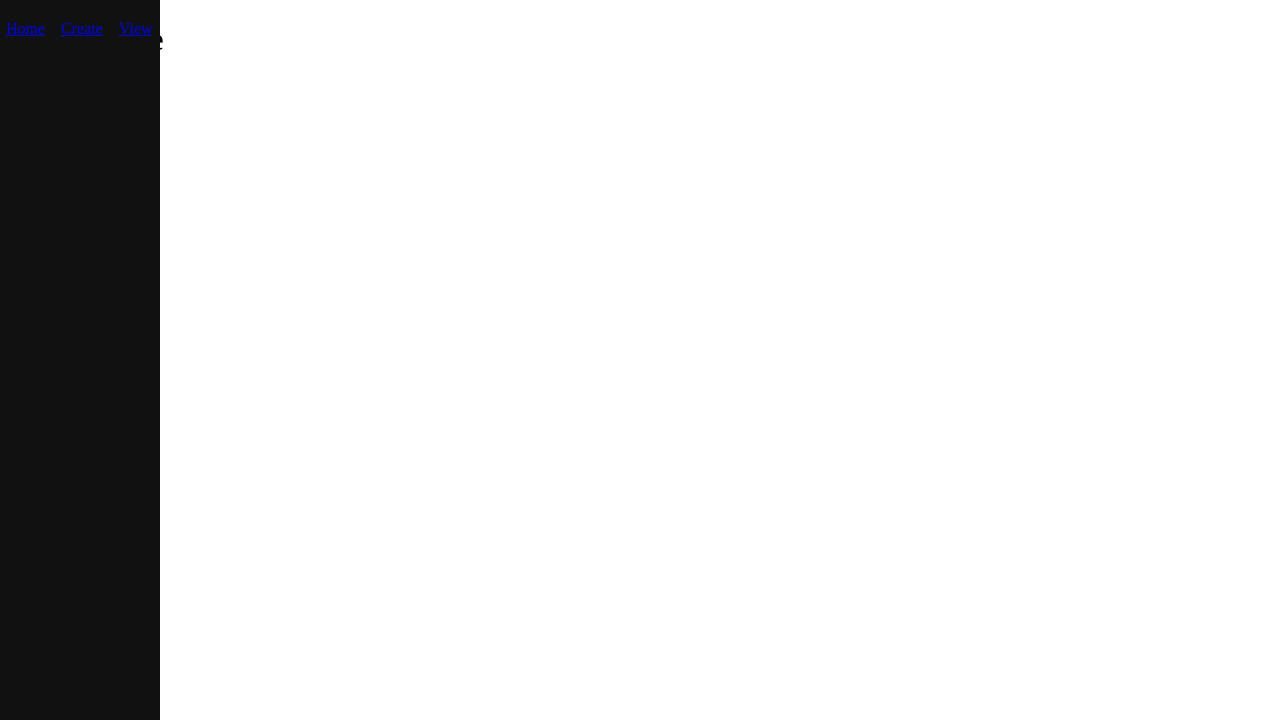
Repository: LudovicARHIMAN/Django-ToDoList
Page: http://localhost/
These files come from the project's save history. The page is drawn as it stood at one moment and after the next save; the edit follows.
The browser window is 1280 px wide. The pictures show the whole page.
The page is served by the project's application, run on Django 5.2 (mysite/manage.py). Other server files are loaded and not shown.

Above is the page before, as saved 2024-04-25 09:52:08.

### mysite/main/templates/main/home.html
{% extends 'main/base.html' %}

{%block title%}
Home Page
{%endblock%}

{%block content%}
<h1>Home Page</h1>
{{name}}

{%endblock%}

### mysite/main/templates/main/base.html
<!DOCTYPE html>
<html lang="fr">
<head>
    <meta charset="UTF-8">
    <title>{%block title%}Page de Base{%endblock%}</title>
    <style type="text/css" >
        .sidenav {
            height: 100%;
            width: 160px;
            position: fixed;
            z-index: 1;
            top: 0;
            left: 0;
            background-color: #111;
            overflow-x: hidden;
            padding-top: 20px;
        }

        .sidenav a {
            padding: 6px;
        }
    </style>
</head>
<body>
    <div class="sidenav" >
        <a href="/home">Home</a>
        <a href="/create">Create</a>
        <a href="/2">View</a>
    </div>
    <div id="content", name="content">
        {%block content%}

        {%endblock%}
    </div>

</body>
</html>

### mysite/main/views.py
from django.shortcuts import render
from django.http import HttpResponse, HttpResponseRedirect
from .models import ToDoList, Item
from .forms import CreateNewList
from django.views import View

def index(response, id):
    ls = ToDoList.objects.get(id=id)

    if response.method == "POST":
        print(response.POST)
        if response.POST.get("save"):
            for item in ls.item_set.all():
                if response.POST.get("c" + str(item.id)) == "clicked":
                    item.complete = True
                else:
                    item.complete = False

                item.save()
        elif response.POST.get("newItem"):
            txt = response.POST.get("new")
            if len(txt) > 2:
                ls.item_set.create(text=txt, complete=False)
            else:
                print("error")


    return render(response, 'main/list.html', {"ls":ls})

def home(response):
    return render(response, 'main/home.html')

def create(response):
    if response.method == "POST":
        form = CreateNewList(response.POST)

        if form.is_valid():
            n = form.cleaned_data["name"]
            t = ToDoList(name=n)
            t.save()
        return HttpResponseRedirect("/%i"  %t.id)
    else:
        form = CreateNewList()
    return render(response, 'main/create.html', {"form":form})

### mysite/mysite/urls.py
"""
URL configuration for mysite project.

The `urlpatterns` list routes URLs to views. For more information please see:
    https://docs.djangoproject.com/en/5.0/topics/http/urls/
Examples:
Function views
    1. Add an import:  from my_app import views
    2. Add a URL to urlpatterns:  path('', views.home, name='home')
Class-based views
    1. Add an import:  from other_app.views import Home
    2. Add a URL to urlpatterns:  path('', Home.as_view(), name='home')
Including another URLconf
    1. Import the include() function: from django.urls import include, path
    2. Add a URL to urlpatterns:  path('blog/', include('blog.urls'))
"""
from django.contrib import admin
from django.urls import path, include

urlpatterns = [
    path('admin/', admin.site.urls),
    path('',include('main.urls'))

]

### mysite/main/urls.py
from django.urls import path
from . import views

urlpatterns = [
    path("<int:id>",views.index, name="index"),
    path("",views.home, name="home"),
    path("create/",views.create, name="create"),
]

After the next save:
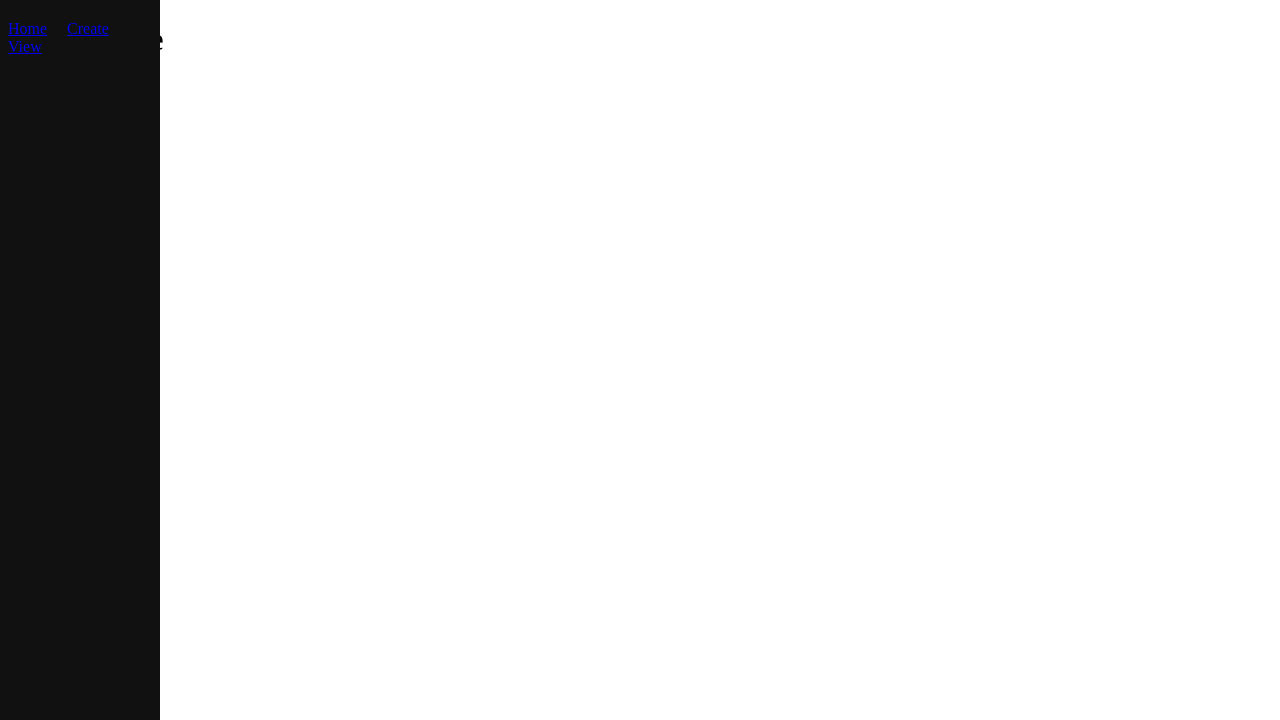
Saved 6 s later.
--- a/mysite/main/templates/main/base.html
+++ b/mysite/main/templates/main/base.html
@@ -17,7 +17,7 @@
         }
 
         .sidenav a {
-            padding: 6px;
+            padding: 6px 8px 8px ;
         }
     </style>
 </head>
